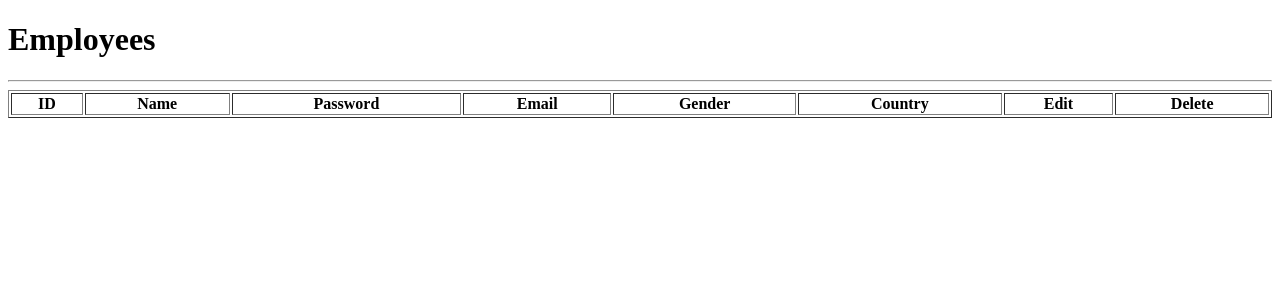
Repository: HarshZanwar2001/CRUD_Oprations_JAVA_JSP_MYSQL
Page: http://localhost/JSP_CRUD_Operation/viewEmployees.jsp
An editor plug-in stored every save of this project. The page is shown before and after the next save, followed by the edit.
The browser window is 1280 px wide. The pictures show the whole page.
The page is served by Tomcat 9. Other server files are loaded and not shown. Queries for data that is not in the repository find no rows.

Above is the page before, as saved 2024-12-01 05:34:46.

### JSP_CRUD_Operation/src/main/webapp/viewEmployees.jsp
<%@page import="com.app.Dao.EmployeeDao, com.app.bean.Employee, java.util.*"%>
<%@ page language="java" contentType="text/html; charset=ISO-8859-1"
    pageEncoding="ISO-8859-1"%>
    <%@ taglib uri="http://java.sun.com/jsp/jstl/core" prefix="c"%>
<!DOCTYPE html PUBLIC "-//W3C//DTD HTML 4.01 Transitional//EN" "http://www.w3.org/TR/html4/loose.dtd">
<html>
<head>
<meta http-equiv="Content-Type" content="text/html; charset=ISO-8859-1">
<title>View Employees</title>
</head>
<body>
<h1>Employees</h1>
<hr>
<%
	List<Employee> list = EmployeeDao.getAllEmployees();
	request.setAttribute("list", list);
%>

<table border="1" width="100%">
<tr>
<th>ID</th><th>Name</th><th>Password</th><th>Email</th><th>Gender</th>
<th>Country</th><th>Edit</th><th>Delete</th>
</tr>
<c:forEach var="e" items="${list}">
<tr>
<td>${e.getId()}</td>
<td>${e.getName()}</td>
<td>${e.getPassword()}</td>
<td>${e.getEmail()}</td>
<td>${e.getGender()}</td>
<td>${e.getCountry()}</td>
<td><a href="editEmployee.jsp?id=${e.getId()}">Edit</a></td>
<td><a href="deleteEmployee.jsp?id=${e.getId()}">Delete</a></td>
</tr>
</c:forEach>
</table>
</body>
</html>

### JSP_CRUD_Operation/src/main/java/com/app/Dao/EmployeeDao.java
package com.app.Dao;

import java.sql.Connection;
import java.sql.DriverManager;
import java.sql.PreparedStatement;
import java.sql.ResultSet;
import java.sql.SQLException;
import java.util.ArrayList;
import java.util.List;

import com.app.bean.Employee;

public class EmployeeDao {

	public static Connection getConnection() throws SQLException
	{
		Connection con = null;
		try {
			Class.forName("com.mysql.cj.jdbc.Driver");
			System.out.println("Driver Found");
			con = DriverManager.getConnection("jdbc:mysql://localhost:3306/jspproject", "root", "root");
			System.out.println("Connection Established");
		} catch (ClassNotFoundException e) {
			// TODO Auto-generated catch block
			e.printStackTrace();
		}
		return con;
	}


	public static int saveEmp(Employee e) throws SQLException
	{
		Connection con = getConnection();
		PreparedStatement stmt = con.prepareStatement
			("insert into employee(name,password,email,gender,country)"
				+ " value(?,?,?,?,?)");
		stmt.setString(1, e.getName());
		stmt.setString(2, e.getPassword());
		stmt.setString(3, e.getEmail());
		stmt.setString(4, e.getGender());
		stmt.setString(5, e.getCountry());
		int status = stmt.executeUpdate();
		return status;
		}

	public static List<Employee> getAllEmployees() throws SQLException
	{
		List<Employee> l = new ArrayList<Employee>();
		Connection con = getConnection();
		PreparedStatement stmt = con.prepareStatement("select *from employee");
		ResultSet rs = stmt.executeQuery();
		while(rs.next())
		{
			Employee e = new Employee();
			e.setId(rs.getInt(1));
			e.setName(rs.getString(2));
			e.setPassword(rs.getString(3));
			e.setEmail(rs.getString(4));
			e.setGender(rs.getString(5));
			e.setCountry(rs.getString(6));
			l.add(e);
		}
		return l;
	}

	public static Employee getEmployeeId(int id) throws SQLException
	{
		Employee e = null;
		Connection con = getConnection();
		PreparedStatement stmt =
				con.prepareStatement("select *from employee where id=?");
		stmt.setInt(1, id);
		ResultSet rs = stmt.executeQuery();
		while(rs.next())
		{
			e = new Employee();
			e.setId(rs.getInt(1));
			e.setName(rs.getString(2));
			e.setPassword(rs.getString(3));
			e.setEmail(rs.getString(4));
			e.setGender(rs.getString(5));
			e.setCountry(rs.getString(6));
		}
		return e;
	}

	public static int updateEmployee(Employee e) throws SQLException
	{
		int i = 0;
		try
		{
		Connection con = getConnection();
		PreparedStatement stmt =
	con.prepareStatement("update employee set name=?,password=?,email=?,"
			+ "gender=?,country=? where id=?");
		stmt.setString(1, e.getName());
		stmt.setString(2, e.getPassword());
		stmt.setString(3, e.getEmail());
		stmt.setString(4, e.getGender());
		stmt.setString(5, e.getCountry());
		stmt.setInt(6, e.getId());
		i = stmt.executeUpdate();
		}catch (Exception e1) {
			return i;
		}
		return i;
	}

	public static int delete(Employee e) throws SQLException
	{
		Connection con = getConnection();
		PreparedStatement stmt =
			con.prepareStatement("delete from employee where id=?");
		stmt.setInt(1, e.getId());
		int i = stmt.executeUpdate();
		return i;
	}
}

After the next save:
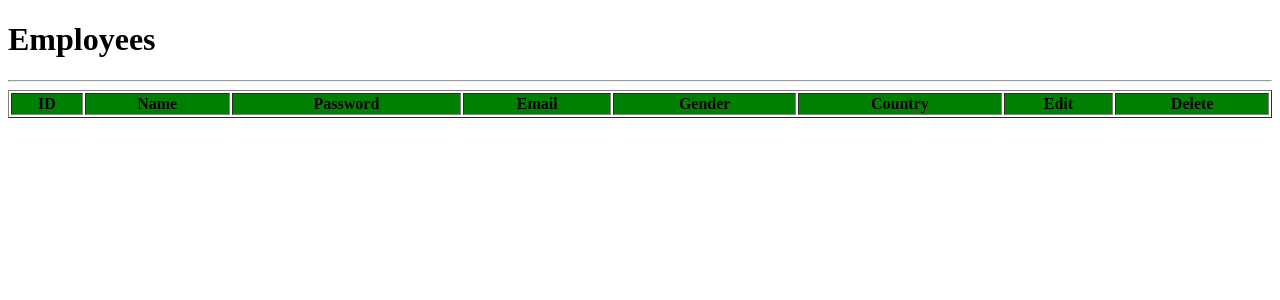
Saved 4 min 50 s later.
--- a/JSP_CRUD_Operation/src/main/webapp/viewEmployees.jsp
+++ b/JSP_CRUD_Operation/src/main/webapp/viewEmployees.jsp
@@ -17,7 +17,7 @@
 %>
 
 <table border="1" width="100%">
-<tr>
+<tr style="background-color: green;">
 <th>ID</th><th>Name</th><th>Password</th><th>Email</th><th>Gender</th>
 <th>Country</th><th>Edit</th><th>Delete</th>
 </tr>
